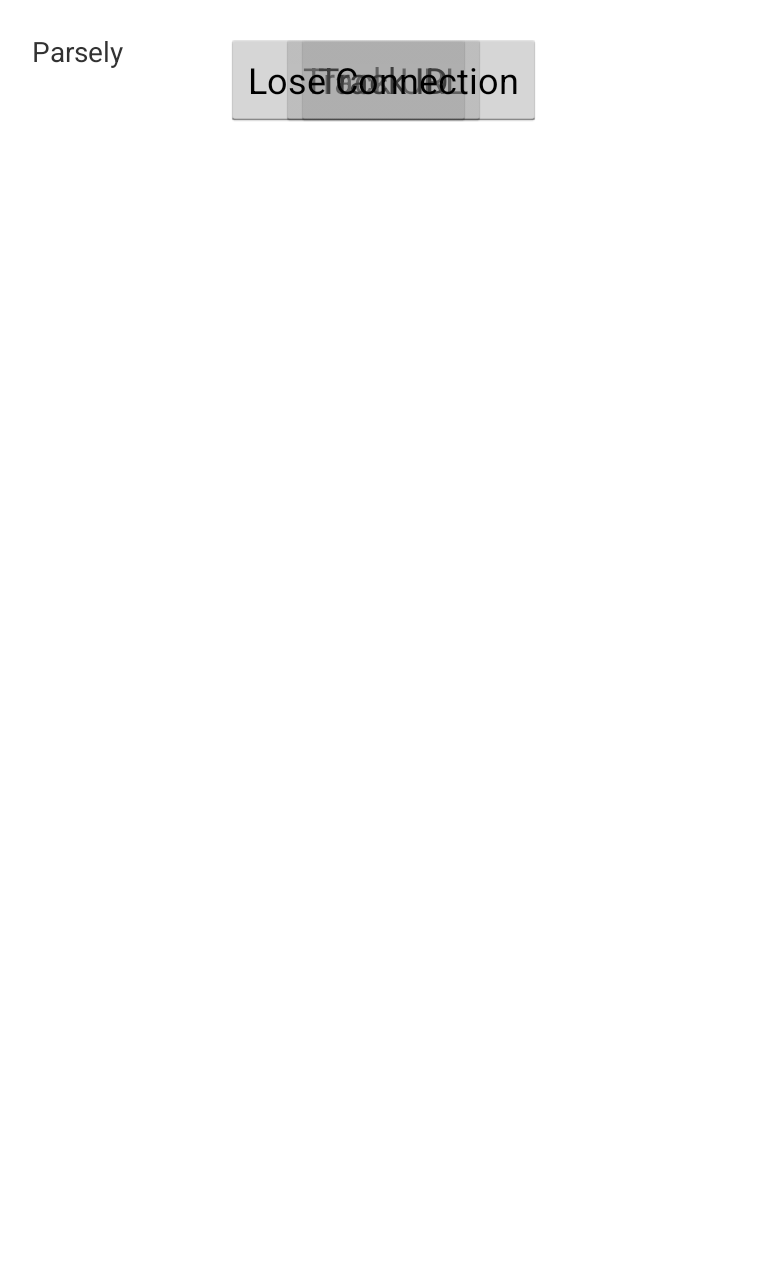
Repository: Parsely/parsely-android
Layout: HiParsely/res/layout/activity_main.xml
These files come from the project's save history. The layout is drawn as it stood at one moment and after the next save; the edit follows.
It is drawn on a 768 x 1280 px phone screen (xhdpi) without system bars, with theme AppTheme; the app's code is not run.

Above is the layout before, as saved 2013-04-09 15:08:38.

### HiParsely/res/layout/activity_main.xml
<RelativeLayout xmlns:android="http://schemas.android.com/apk/res/android"
    xmlns:tools="http://schemas.android.com/tools"
    android:layout_width="match_parent"
    android:layout_height="match_parent"
    android:paddingBottom="@dimen/activity_vertical_margin"
    android:paddingLeft="@dimen/activity_horizontal_margin"
    android:paddingRight="@dimen/activity_horizontal_margin"
    android:paddingTop="@dimen/activity_vertical_margin"
    tools:context=".MainActivity" >

    <TextView
        android:layout_width="wrap_content"
        android:layout_height="wrap_content"
        android:text="@string/parsely" />

    <Button android:id="@+id/url_button"
        android:layout_width="wrap_content"
        android:layout_height="wrap_content"
        android:layout_centerHorizontal="true"
        android:text="@string/button_track_url"
        android:onClick="trackURL" />

    <Button
        android:layout_width="wrap_content"
        android:layout_height="wrap_content"
        android:layout_centerHorizontal="true"
        android:layout_below="url_button"
        android:text="@string/button_track_pid"
        android:onClick="trackPID" />

    <Button
        android:layout_width="wrap_content"
        android:layout_height="wrap_content"
        android:layout_centerHorizontal="true"
        android:text="@string/button_toggle_connection"
        android:onClick="toggleConnection" />

</RelativeLayout>

### HiParsely/res/values/strings.xml
<?xml version="1.0" encoding="utf-8"?>
<resources>

    <string name="app_name">HiParsely</string>
    <string name="action_settings">Settings</string>
    <string name="parsely">Parsely</string>
    <string name="button_track_url">Track URL</string>
    <string name="button_track_pid">Track ID</string>
    <string name="button_toggle_connection">Lose Connection</string>

</resources>

Loaded but not shown: HiParsely/res/values/styles.xml (common file); HiParsely/res/values-v11/styles.xml (common file); HiParsely/res/values-v14/styles.xml (common file); HiParsely/res/values/dimens.xml (common file)

After the next save:
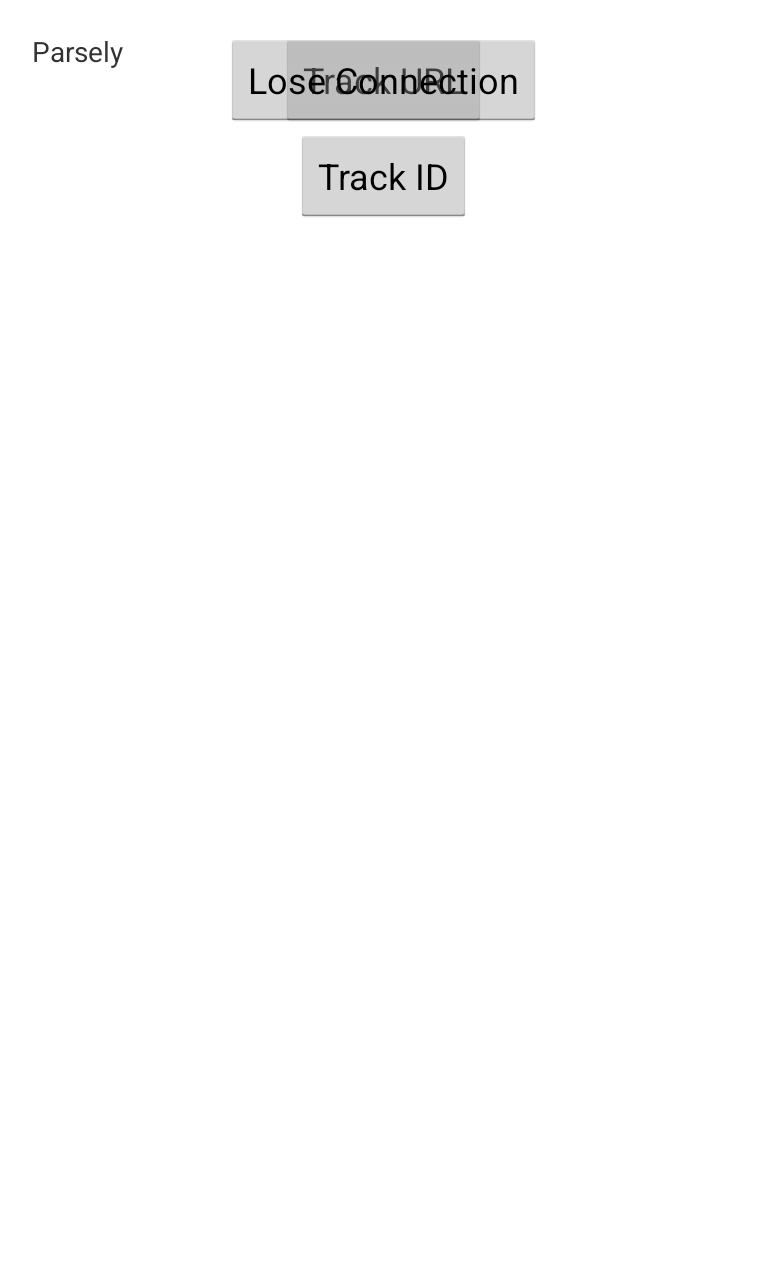
Saved 5 s later.
--- a/HiParsely/res/layout/activity_main.xml
+++ b/HiParsely/res/layout/activity_main.xml
@@ -24,7 +24,7 @@
         android:layout_width="wrap_content"
         android:layout_height="wrap_content"
         android:layout_centerHorizontal="true"
-        android:layout_below="url_button"
+        android:layout_below="@id/url_button"
         android:text="@string/button_track_pid"
         android:onClick="trackPID" />
 
